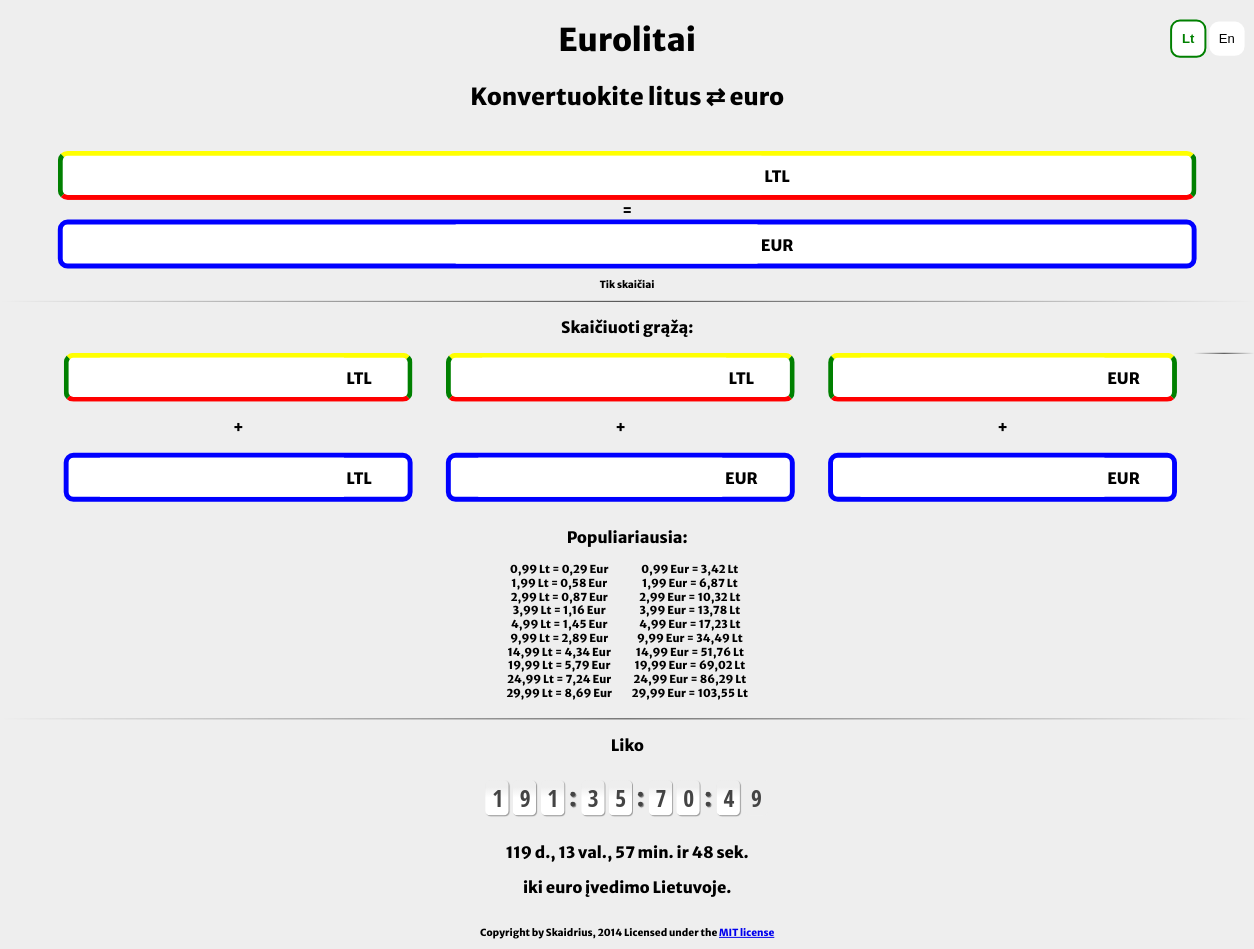
Repository: Skaidrius/eurolitai
Page: index.html
The author's editor kept a record of every edit. The page is drawn from the files as they stood at one moment, then again after the next edit.
The browser window is 1280 px wide. The pictures show the whole page, at 98% of full size.
Some web libraries are served in a nearby version.

Above is the page before.

### index.html
<!DOCTYPE html>
<html>
  <head>
    <meta charset="utf-8">
    <meta http-equiv="X-UA-Compatible" content="IE=edge,chrome=1">
    <title>Eurolitai</title>
    <meta name="title" content="Eurolitai">
    <meta name="description" content="litų į/iš euro konverteris convert LTL to/from EUR">
    <meta name="viewport" content="width=device-width" scallable="1">
    <link rel="stylesheet" type="text/css" href="style/style.css">

  </head>
  <body class="body">
    <!--calculate LTL <> Eur-->
    <div>
      <h1 class="center">Eurolitai</h1>
        <div class = "languages ">
          <button id="lithuanian" class="button round">Lt</button>
          <button id="english" class="button round">En</button>
        </div>
      <h2 class="center"><span class="lithuanian">Konvertuokite litus &#8644; euro<br> </span><span class="english">Easy convert LTL &#8644; EUR</span></h2><br>
    </div>
    <form class="form center">
      <!--LT box-->
      <div class="box lt round">
        <input class="input center" type="number" id="lt" name="lt">
        <label class="money" for="lt">LTL</label>
      </div>

      <div>&#61;<div>
      <!--En box-->
      <div class="box eur round">
        <input class="input center" type="number" id="eur" name="eur">
        <label class="money" for="eur">EUR</label>
      </div>

      <div id="error" class="alert">
        <p><span class="lithuanian">Tik skaičiai </span><span class="english"> Only numbers</span></p>
      </div>
    </form>
    <hr>
    <!--calculate change-->
    <div class="change">
      <div>
        <p><span class="lithuanian">Skaičiuoti grąžą: </span><span class="english"> Calculate change:</span></p>
        <div id="changeCalculator">
          <div class="third">
            <div class="box lt round">
              <input class="input center" type="number" id="changeLtLt1" name="lt">
              <label class="money" for="lt">LTL</label>
            </div>
            <p>+</p>
            <div class="box eur round">
              <input class="input center" type="number" id="changeLtLt2" name="lt">
              <label class="money" for="lt">LTL</label>
            </div>
          </div>
          <div class="third">
            <div class="box lt round">
              <input class="input center" type="number" id="changeLt" name="lt">
              <label class="money" for="lt">LTL</label>
            </div>
            <p>+</p>
            <div class="box eur round">
              <input class="input center" type="number" id="changeEur" name="eur">
              <label class="money" for="eur">EUR</label>
            </div>
          </div>
          <div class="third">
            <div class="box lt round">
              <input class="input center" type="number" id="changeEurEur1" name="eur">
              <label class="money" for="eur">EUR</label>
            </div>
            <p>+</p>
            <div class="box eur round">
              <input class="input center" type="number" id="changeEurEur2" name="eur">
              <label class="money" for="eur">EUR</label>
            </div>
          </div>
        </div>
      </div>

      <!--explain change-->
      <div id="explain">
      </div>
    </div>
    <hr>

    <div class="popular">
      <p><span class="lithuanian">Populiariausia: </span><span class="english"> Popular picks:</span></p>
      <ul class = "lteur"></ul>
      <ul class = "eurlt"></ul>
    </div>
    <hr>

    <!--countdown 'till 2015-01-01-->
    <div class = "center">
      <p><span class="english center">Until Euro in Lithuania </span>
      <span class="lithuanian center">Liko </span></p>
    </div>
		<div id="countdown"></div>

		<p id="note"></p>

      <div class="left">
        <span class="lithuanian center">iki euro įvedimo Lietuvoje.</span>
        <span class="english center">left.</span>
      </div>
    <script type="text/javascript" src="https://code.jquery.com/jquery-1.11.1.min.js"></script>
    <script type="text/javascript" src="script/main.js"></script>
    <script type="text/javascript" src="script/script.js"></script>
    <script type="text/javascript" src="script/countdown.js"></script>
  </body>
  <footer class="down center">Copyright by Skaidrius, 2014 Licensed under the <a href="http://opensource.org/licenses/MIT">MIT license</a></footer>
</html>

### style/style.css
@import url(http://fonts.googleapis.com/css?family=Merriweather+Sans:400,800&subset=latin,latin-ext);

/*body*/
.body {
  width:100%;
  margin: 0 auto;
  font: bold 16px 'Merriweather Sans', sans-serif;
  background: #eee;
  overflow-x: none;
}

#countDownBlock {
  padding: 10px;
}

.button {   padding: 10px;
  background: white;
  border: 3px #000;
}

.center {
  text-align: center;
  clear: both;
}

.box {
  text-align: center;
  background: white;
  margin: 0 auto;
  position: relative;
  max-width: 90%;
}

.input {
  display: inline-block;
  max-width: 65%;
  padding: 8px 12px;
  margin: 0;
  font-size: 1.3em;
  font-weight: bold;
  border: 0;
  position: relative;
  outline: 0;
  color: #53f;
}

.round {   border-radius: 10px; }

.active {
  border: 2px solid green;
  background: white;
  color: green;
  font-weight: bold;
}

.lt {
  border-top: 5px solid yellow;
  border-left: 5px solid green;
  border-right: 5px solid green;
  border-bottom: 5px solid red;
}

.eur {
  border: 5px solid blue;
  margin-bottom: 10px;
}

.money {
  padding-right: 5px;
}

.input::-webkit-outer-spin-button,
.input::-webkit-inner-spin-button {
    /* display: none; <- Crashes Chrome on hover */
    -webkit-appearance: none;
    margin: 0; /* <-- Apparently some margin are still there even though it's hidden */
}

.error {
  display: inline-block;
  font-size: 1em;
  font-weight: bold;
  padding: 10px;
  margin: 0 auto;
  margin-bottom: 1em;
  color: white;
  background-color: red;
}

.visible {  visibility: visible; }

.hidden { display: none; }

.languages {
  position: absolute;
  right: 10px;
  top: 20px;
}

.alert {   font-size: 10px; }

#countdown {
  margin: 10px auto;
}

.countdownHolder{
  padding-top: 10px;
	margin:0 auto;
	font: 24px/1.5 'Open Sans Condensed',sans-serif;
	text-align:center;
	letter-spacing:-3px;
}

.position{
	display: inline-block;
	height: 1.6em;
	overflow: hidden;
	position: relative;
	width: 1.05em;
}

.digit{
	position:absolute;
	display:block;
	width:1em;
	background-color:#eee;
	border-radius:0.2em;
	text-align:center;
	color:#444;
	letter-spacing:-1px;
}

.digit.static{
	box-shadow:1px 1px 1px rgba(4, 4, 4, 0.35);

	background-image: linear-gradient(bottom, #3A3A3A 50%, #444444 50%);
	background-image: -o-linear-gradient(bottom, #3A3A3A 50%, #444444 50%);
	background-image: -moz-linear-gradient(bottom, #3A3A3A 50%, #444444 50%);
	background-image: -webkit-linear-gradient(bottom, #3A3A3A 50%, #444444 50%);
	background-image: -ms-linear-gradient(bottom, #3A3A3A 50%, #444444 50%);

	background-image: -webkit-gradient(
		linear,
		left bottom,
		left top,
		color-stop(0.8, #eee),
		color-stop(0.5, #fff)
	);
}

/**
 * You can use these classes to hide parts
 * of the countdown that you don't need.
 */

.countDiv{
	display:inline-block;
	width:16px;
	height:1.6em;
	position:relative;
}

.countDiv:before,
.countDiv:after{
	position:absolute;
	width:5px;
	height:5px;
	background-color:#444;
	border-radius:50%;
	left:50%;
	margin-left:-3px;
	top:0.5em;
	box-shadow:1px 1px 1px rgba(4, 4, 4, 0.5);
	content:'';
}

.countDiv:after{
	top:0.9em;
}

.popular {
  display: inline-block;
}

.popular ul {
  margin-top: 0;
  padding: 0 10px;
  float: left;
  font-size: 0.7em;
  font: sans-serif;
}
.popular ul li{
  list-style: none;
}

hr {
    /* http://css-tricks.com/examples/hrs/ */
    border: 0;
    height: 1px;
    background-image: -webkit-linear-gradient(left, rgba(0,0,0,0), rgba(0,0,0,0.75), rgba(0,0,0,0));
    background-image:    -moz-linear-gradient(left, rgba(0,0,0,0), rgba(0,0,0,0.75), rgba(0,0,0,0));
    background-image:     -ms-linear-gradient(left, rgba(0,0,0,0), rgba(0,0,0,0.75), rgba(0,0,0,0));
    background-image:      -o-linear-gradient(left, rgba(0,0,0,0), rgba(0,0,0,0.75), rgba(0,0,0,0));
}
#showChange {
  margin-bottom: 10px;
}


.down {
  font-size: 10px;
  padding: 30px 0 10px 0;
}

.third:first-child{
  padding-left: 4%;
}
.changeCalculator:after{
  content: '';
  display:table;
  clear: both;
}
.changeCalculator {
  width: 100%;
}
.third {
  width: 30%;
  padding: 0 3px;
  float: left;
}
.explain:before {
  clear: both;
}

### script/main.js
(function($) {

  var ltInp = $('#lt'),
      eurInp = $('#eur'),
      changeLtLt1Inp = $('#changeLtLt1'),
      changeLtLt2Inp = $('#changeLtLt2'),
      changeLtInp = $('#changeLt'),
      changeEurInp = $('#changeEur'),
      changeEurEur1Inp = $('#changeEurEur1'),
      changeEurEur2Inp = $('#changeEurEur2'),
      lithuanianInp = $("#lithuanian"),
      englishInp = $("#english"),
      error = $('#error');

  // initialisation
  $(".english").addClass("hidden");
  lithuanianInp.addClass("active");

  //change language
  lithuanianInp.click(function(){
    $(this).addClass("active");
    englishInp.removeClass("active");
    $(".english").hide();
    $(".lithuanian").show();
  });
  englishInp.click(function(){
    $(this).addClass("active");
    lithuanianInp.removeClass("active");
    $(".lithuanian").hide();
    $(".english").show();
  });

  var show = function(){
    $(this).removeClass("hidden").addClass("visible");
  };

  var hide = function(){
    $(this).removeClass("visible").addClass("hidden");
  };

  // convert currency functions
  var toEur = function(lt){
    var eur;
    eur = (lt / 3.4528).toFixed(2);
    return eur;
  };

  var toLt = function(eur){
    var lt;
    lt = (eur * 3.4528).toFixed(2);
    return lt;
  };

  //convert currencies
  ltInp.keyup(function () {
    var lt = $(this).val(),
        eur = toEur(lt);
    if ($.isNumeric(lt)) {
      hideError();
      eurInp.val(eur).toString().replace(".", ",");
      showNumbers();
    } else {
      showError();
    }
  });

  eurInp.keyup(function () {
    var eur = $(this).val(),
        lt = toLt(eur);
    if ($.isNumeric(eur)) {
      hideError();
      ltInp.val(lt).toString().replace(".", ",");
      showNumbers();
    } else {
      showError();
    }
  });

  var hideError = function(){
    error.addClass("hidden");
    clear();
  };
  var showError = function() {
    error.removeClass("hidden").addClass("error");
  };

  //clearing functions
  var clear = function(){
    changeLtLt1Inp.val('');
    changeLtLt2Inp.val('');
    changeLtInp.val('');
    changeEurInp.val('');
    changeEurEur1Inp.val('');
    changeEurEur2Inp.val('');
  };
  var clear1 = function(){
    changeLtInp.val('');
    changeEurInp.val('');
    changeEurEur1Inp.val('');
    changeEurEur2Inp.val('');
  };
  var clear2 = function(){
    changeLtLt1Inp.val('');
    changeLtLt2Inp.val('');
    changeEurEur1Inp.val('');
    changeEurEur2Inp.val('');
  };
  var clear3 = function(){
    changeLtLt1Inp.val('');
    changeLtLt2Inp.val('');
    changeLtInp.val('');
    changeEurInp.val('');
  };

  // currency change calculator
  // first conversion LTL(EUR)=LTL+LTL
  changeLtLt1Inp.keyup(function () {
    clear1();
    var change,
        lt = $(this).val();
    change =  ($('#lt').val() - lt).toFixed(2);
    changeLtLt2Inp.val(change).toString().replace(".", ",");
    showNumbers();
  });

  changeLtLt2Inp.keyup(function () {
    clear1();
    var change,
        lt = $(this).val();
    change = ($('#lt').val() - lt).toFixed(2);
    changeLtLt1Inp.val(change).toString().replace(".", ",");
    showNumbers();
  });

  // second conversion LTL(EUR)=LTL+EUR
  changeLtInp.keyup(function () {
    clear2();
    var change,
        lt = $(this).val();
    change =  toEur($('#lt').val() - lt);
    changeEurInp.val(change).toString().replace(".", ",");
    showNumbers();
  });

  changeEurInp.keyup(function () {
    clear2();
    var change,
        eur = $(this).val();
    change = toLt($('#eur').val() - eur);
    changeLtInp.val(change).toString().replace(".", ",");
    showNumbers();
  });

  // third conversion LTL(EUR)=EUR+EUR
  changeEurEur1Inp.keyup(function () {
    clear3();
    var change,
        eur = $(this).val();
    change = ($('#eur').val() - eur).toFixed(2);
    changeEurEur2Inp.val(change).toString().replace(".", ",");
    showNumbers();
  });

  changeEurEur2Inp.keyup(function () {
    clear3();
    var change,
        eur = $(this).val();
    change = ($('#eur').val() - eur).toFixed(2);
    changeEurEur1Inp.val(change).toString().replace(".", ",");
    showNumbers();
  });

  // show calculation
  var showNumbers = function(){
    var explain = $('#explain'),
        lts = $('#lt').val().toString().replace(".", ","),
        eurs = $('#eur').val().toString().replace(".", ","),
        changeLtLt1 = changeLtLt1Inp.val().toString().replace(".", ","),
        changeLtLt2 = changeLtLt2Inp.val().toString().replace(".", ","),
        changeEurs = changeEurInp.val().toString().replace(".", ","),
        changeLts = changeLtInp.val().toString().replace(".", ","),
        changeEurEur1 = changeEurEur1Inp.val().toString().replace(".", ","),
        changeEurEur2 = changeEurEur2Inp.val().toString().replace(".", ","),
        calculationText;
    if (changeLtLt1 !=="" && changeLtLt2 !=="") {
      calculationText = "<p>" + lts +" Lt (" + eurs + " Eur) = " + changeLtLt1 +" Lt + " + changeLtLt2 + " Lt" + "</p>";
    } else if (changeEurs !=="" && changeLts !=="") {
      calculationText = "<p>" + lts +" Lt (" + eurs + " Eur) = " + changeLts +" Lt + " + changeEurs + " Eur" + "</p>";
    } else if (changeEurEur1 !=="" && changeEurEur2!=="" ) {
      calculationText = "<p>" + lts +" Lt (" + eurs + " Eur) = " + changeEurEur1 +" Eur + " + changeEurEur2 + " Eur" + "</p>";
    } else {
      calculationText = "<p>" + lts +" Lt (" + eurs + " Eur) " + "</p>";
    }
    explain.html(calculationText);
  };

  var a = [0.99, 1.99, 2.99, 3.99, 4.99, 9.99, 14.99, 19.99, 24.99, 29.99],
    lteur = $('.lteur'),
    eurlt = $('.eurlt');

  for (var i = 0, b = a.length; i < b; i++ ) {
    lteur.append("<li>"+a[i].toString().replace(".", ",") +" Lt = "+(a[i]/ 3.4528).toFixed(2).toString().replace(".", ",") +" Eur"+"</li>");
    eurlt.append("<li>"+a[i].toString().replace(".", ",") +" Eur = "+(a[i]* 3.4528).toFixed(2).toString().replace(".", ",") +" Lt"+"</li>");
  }

}) (jQuery);

### script/script.js
/**
 * @name		jQuery Countdown Plugin
 * @author		Martin Angelov
 * @version 	1.0
 * @url			http://tutorialzine.com/2011/12/countdown-jquery/
 * @license		MIT License
 */

$(function(){

	var note = $('#note'),
		ts = new Date(2015, 0, 1);


	if((new Date()) > ts){
		// Notice the *1000 at the end - time must be in milliseconds
		ts = (new Date()).getTime();
	}

	$('#countdown').countdown({
		timestamp	: ts,
		callback	: function(days, hours, minutes, seconds){

			var message = "";
				if ($('#english').hasClass("active")){
				message += days + " day" + ( days==1 ? '':'s' );
				message += hours + " hour" + ( hours==1 ? '':'s' );
				message += minutes + " minute" + ( minutes==1 ? '':'s' ) + " and ";
				message += seconds + " second" + ( seconds==1 ? '':'s' ) ;
				} else {
				message += days + " d." + ", ";
				message += hours + " val." + ", ";
				message += minutes + " min." + " ir ";
				message += seconds + " sek.";
				}

			note.html(message);
		}
	});

});

### script/countdown.js
/**
 * @name		jQuery Countdown Plugin
 * @author		Martin Angelov
 * @version 	1.0
 * @url			http://tutorialzine.com/2011/12/countdown-jquery/
 * @license		MIT License
 */

(function($){
	// Number of seconds in every time division
	var days	= 24*60*60,
		hours	= 60*60,
		minutes	= 60;

	// Creating the plugin
	$.fn.countdown = function(prop){
		var options = $.extend({
			callback	: function(){},
			timestamp	: 0
		},prop);

		var left, d, h, m, s, positions;

		// Initialize the plugin
		init(this, options);

		positions = this.find('.position');

		(function tick(){

			// Time left
			left = Math.floor((options.timestamp - (new Date())) / 1000);

			if(left < 0){
				left = 0;
			}

			// Number of days left
			d = Math.floor(left / days);

			updateDuoDays(0, 1, d);
			left -= d*days;

			// Number of hours left
			h = Math.floor(left / hours);
			updateDuo(2, 3, h);
			left -= h*hours;

			// Number of minutes left
			m = Math.floor(left / minutes);
			updateDuo(4, 5, m);
			left -= m*minutes;

			// Number of seconds left
			s = left;
			updateDuo(7, 8, s);

			// Calling an optional user supplied callback
			options.callback(d, h, m, s);

			// Scheduling another call of this function in 1s
			setTimeout(tick, 1000);
		})();

		// This function updates two digit positions at once
		function updateDuo(minor,major,value){
			switchDigit(positions.eq(minor),Math.floor(value/10)%10);
			switchDigit(positions.eq(major),value%10);
		}
		function updateDuoDays(minor, major,value){
			switchDigit(positions.eq(minor),Math.floor(value/10)%10);
			switchDigit(positions.eq(major),value%10);
		}


		return this;
	};


	function init(elem, options){
		elem.addClass('countdownHolder');

		// Creating the markup inside the container
		$.each(['Days'],function(i){
			$('<span class="countDays">').html(
				'<span class="position">\
					<span class="digit static">0</span>\
				</span>\
				<span class="position">\
					<span class="digit static">0</span>\
				</span>\
				<span class="position">\
					<span class="digit static">0</span>\
				</span>'
			).appendTo(elem);

			if(this!="Seconds"){
				elem.append('<span class="countDiv countDiv'+i+'"></span>');
			}
		});
		// Creating the markup inside the container
		$.each(['Hours','Minutes','Seconds'],function(i){
			$('<span class="count'+this+'">').html(
				'<span class="position">\
					<span class="digit static">0</span>\
				</span>\
				<span class="position">\
					<span class="digit static">0</span>\
				</span>'
			).appendTo(elem);

			if(this!="Seconds"){
				elem.append('<span class="countDiv countDiv'+i+'"></span>');
			}
		});

	}

	// Creates an animated transition between the two numbers
	function switchDigit(position,number){

		var digit = position.find('.digit')

		if(digit.is(':animated')){
			return false;
		}

		if(position.data('digit') == number){
			// We are already showing this number
			return false;
		}

		position.data('digit', number);

		var replacement = $('<span>',{
			'class':'digit',
			css:{
				top:'-2.1em',
				opacity:0
			},
			html:number
		});

		// The .static class is added when the animation
		// completes. This makes it run smoother.

		digit
			.before(replacement)
			.removeClass('static')
			.animate({top:'2.5em',opacity:0},'fast',function(){
				digit.remove();
			})

		replacement
			.delay(100)
			.animate({top:0,opacity:1},'fast',function(){
				replacement.addClass('static');
			});
	}
})(jQuery);

After the next edit:
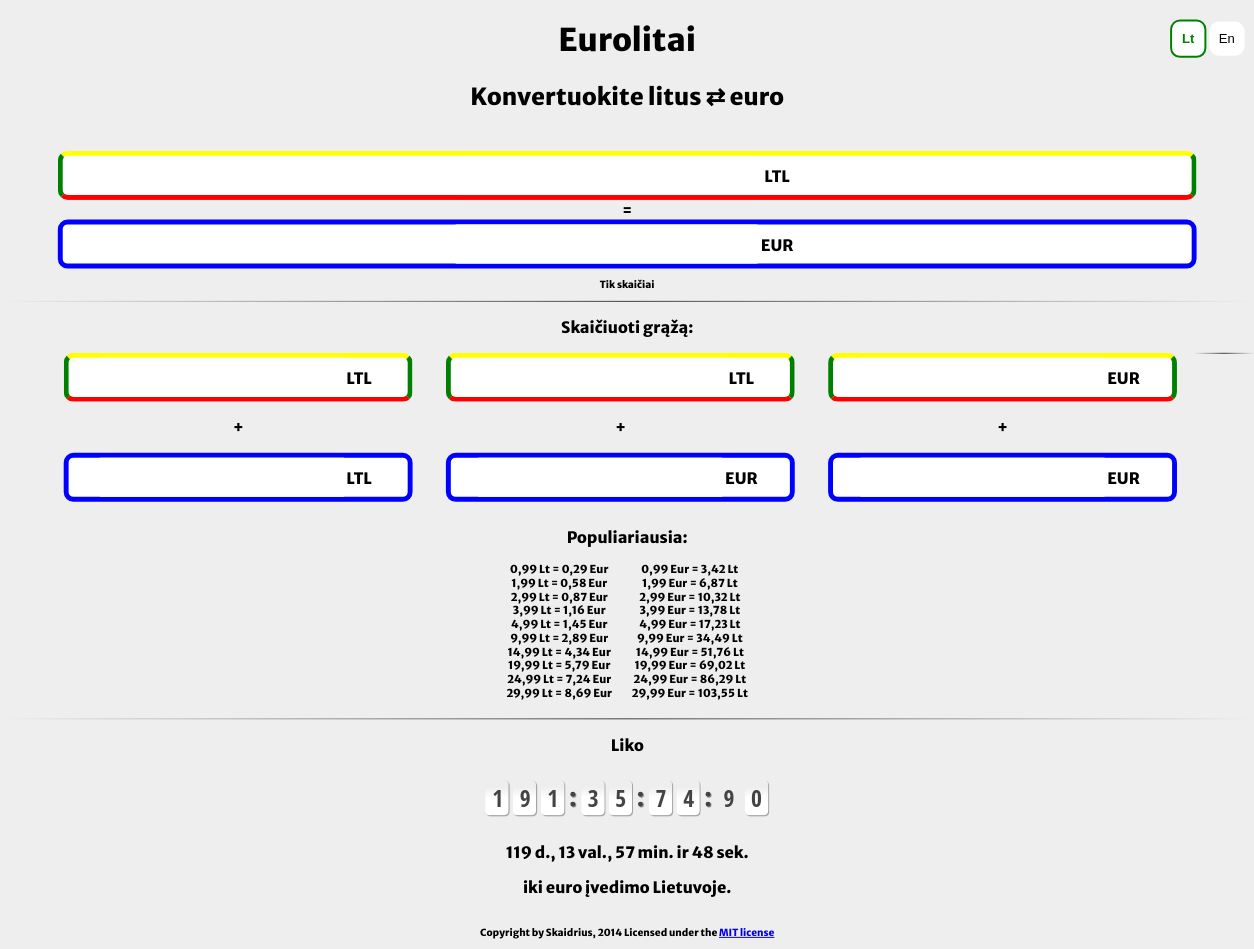
The edit:
--- a/script/countdown.js
+++ b/script/countdown.js
@@ -53,7 +53,7 @@
 
 			// Number of seconds left
 			s = left;
-			updateDuo(7, 8, s);
+			updateDuo(6, 7, s);
 
 			// Calling an optional user supplied callback
 			options.callback(d, h, m, s);
